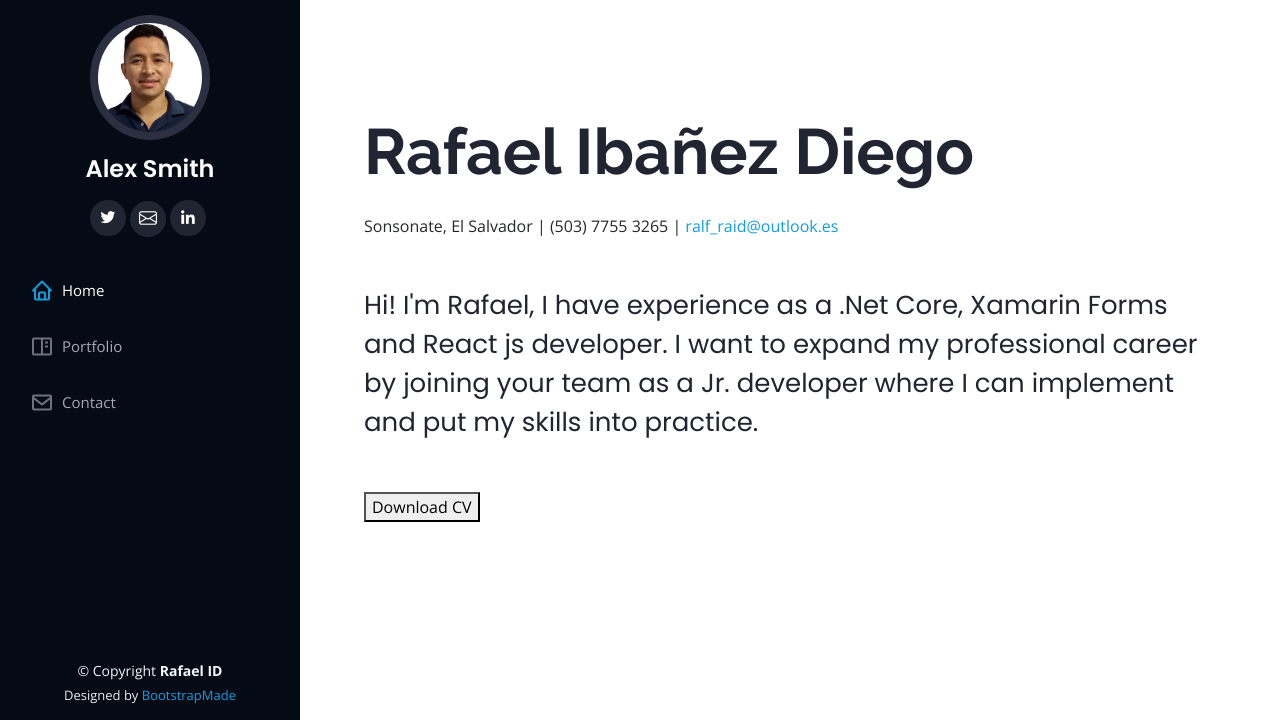
Repository: ralfId/myportfolio
Page: /
These files come from the project's save history. The page is drawn as it stood at one moment and after the next save; the edit follows.
The browser window is 1280 px wide. The pictures show the whole page.
The project was rebuilt for these pictures with package versions that can differ from the ones it lists, and the page was loaded fresh each time. Also part of the build but not shown: src/data/projects.js, src/components/Projects/ProjectItem.js, src/components/Projects/ProjectIndex.js, src/helpers/ProjectById.js, src/components/Projects/ProjectDetail.js.

Above is the page before, as saved 2021-09-20 16:04:29.

After the next save:
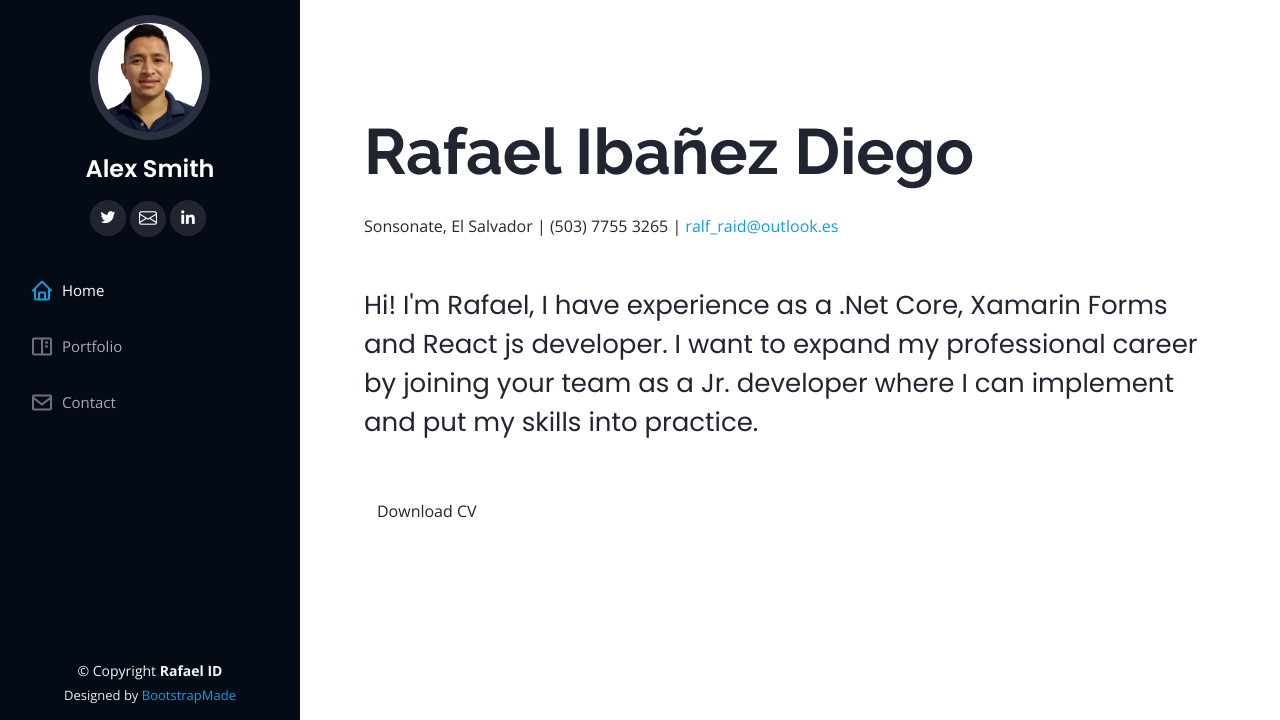
Saved 92 s later.
--- a/src/components/Home.js
+++ b/src/components/Home.js
@@ -22,7 +22,7 @@ export const Home = () => {
                         I want to expand my professional career by joining your team as a Jr. developer where
                         I can implement and put my skills into practice.
                     </p>
-                    <button>Download CV</button>
+                    <button className="btn">Download CV</button>
                 </div>
             </section>
         </>
